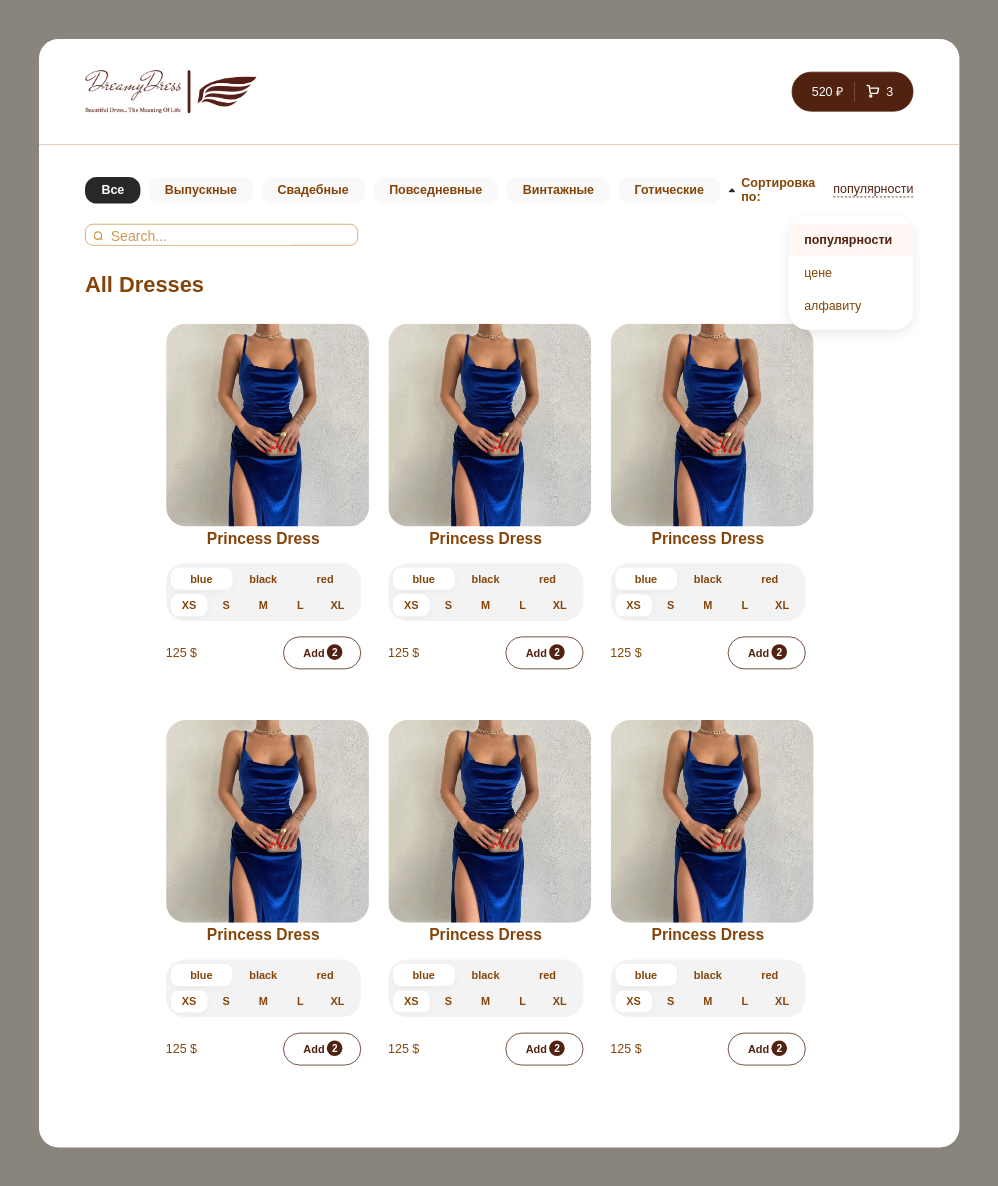
Repository: DisasterWoman/SPA-shop
Page: /
An editor plug-in stored every save of this project. The page is shown before and after a run of saves, followed by the edit.
The browser window is 1280 px wide. The pictures show the whole page, at 78% of full size.
Some web fonts or font styles are not loaded; a fallback is used. The project was rebuilt for these pictures with package versions that can differ from the ones it lists, and the page was loaded fresh each time.

Above is the page before, as saved 2022-11-29 18:49:29.

### src/App.js
import './scss/app.scss';
import Categories from './components/Categories/Categories';
import DressBlock from './components/DressBlock/DressBlock';
import Header from './components/Header/Header';
import Sort from './components/Sort/Sort';
import SearchBar from './components/SearchBar/SearchBar';

function App() {
  return (
    <div className="wrapper">
      <Header />
      <div className="content">
        <div className="container">
          <div className="content__top">
            <Categories />
            <Sort />
          </div>
          <SearchBar />
          <h2 className="content__title">All Dresses</h2>
          <div className="content__items">
            <DressBlock />
            <DressBlock />
            <DressBlock />
            <DressBlock />
            <DressBlock />
            <DressBlock />
          </div>
        </div>
      </div>
    </div>
  );
}

export default App;

### src/scss/app.scss
@import 'variables.scss';
@import './libs/normalize.scss';
@import './all';

body {
  background-color: $background;
}

.wrapper {
  width: calc(100vw - 100px);
  height: 100%;
  background-color: #fff;
  margin: 50px auto;
  border-radius: 25px;
  max-width: 1400px;
}

.content {
  padding: 40px 0;

  &__title {
    margin: 35px 0;
  }

  &__items {
    display: flex;
    flex-wrap: wrap;
    justify-content: center;
  }

  &__top {
    display: flex;
    align-items: center;
    justify-content: space-between;
  }
}

.container {
  width: $container-width;
  margin: 0 auto;

  &--cart {
    max-width: 820px;
    margin: 90px auto;
    .content__title {
      margin: 0;
    }
  }
}

.cart {
  &__top {
    display: flex;
    justify-content: space-between;
    align-items: center;
  }

  .content__title {
    display: flex;
    align-items: center;
    font-size: 32px;

    svg {
      position: relative;
      top: -2px;
      width: 30px;
      height: 30px;
      margin-right: 10px;
      path {
        stroke: $black;
        strokewidth: 1.9;
      }
    }
  }

  &__clear {
    display: flex;
    align-items: center;
    cursor: pointer;
    @include noselect();

    span {
      display: inline-block;
      margin-left: 7px;
      color: #b6b6b6;
      font-size: 18px;
    }

    span,
    svg,
    path {
      transition: all $duration ease-in-out;
    }

    &:hover {
      svg {
        path {
          stroke: darken($color: #b6b6b6, $amount: 50);
        }
      }
      span {
        color: darken($color: #b6b6b6, $amount: 50);
      }
    }
  }

  &__item {
    display: flex;
    width: 100%;
    border-top: 1px solid $gray-line;
    padding-top: 30px;
    margin-top: 30px;

    &-img {
      display: flex;
      align-items: center;
      margin-right: 15px;
      width: 10%;

      img {
        width: 80px;
        height: 80px;
      }
    }

    &-info {
      display: flex;
      flex-direction: column;
      justify-content: center;
      width: 40%;

      h3 {
        font-weight: bold;
        font-size: 22px;
        line-height: 27px;
        letter-spacing: 0.01em;
      }

      p {
        font-size: 18px;
        color: #8d8d8d;
      }
    }

    &-count {
      display: flex;
      align-items: center;
      justify-content: space-between;
      width: 13%;

      &-minus {
        svg {
          path:first-of-type {
            display: none;
          }
        }
      }

      b {
        font-size: 22px;
      }
    }

    &-price {
      display: flex;
      align-items: center;
      justify-content: center;
      width: 33%;

      b {
        font-weight: bold;
        font-size: 22px;
        letter-spacing: 0.01em;
      }
    }

    &-remove {
      display: flex;
      align-items: center;
      justify-content: flex-end;
      width: 4%;

      .button {
        border-color: darken($color: $gray-line, $amount: 10);
      }

      svg {
        transform: rotate(45deg);

        path {
          fill: darken($color: $gray-line, $amount: 15);
        }
      }

      .button {
        svg {
          width: 11.5px;
          height: 11.5px;
          position: relative;
        }
        &:hover,
        &:active {
          border-color: darken($color: $gray-line, $amount: 80);
          background-color: darken($color: $gray-line, $amount: 80);
        }
      }
    }
  }

  &__bottom {
    margin: 50px 0;

    &-details {
      display: flex;
      justify-content: space-between;

      span {
        font-size: 22px;

        &:last-of-type {
          b {
            color: $brown;
          }
        }
      }
    }

    &-buttons {
      display: flex;
      justify-content: space-between;
      margin-top: 40px;

      .go-back-btn {
        display: flex;
        align-items: center;
        justify-content: center;
        width: 210px;

        border-color: darken($color: $gray-line, $amount: 10);

        span {
          color: darken($color: $gray-line, $amount: 20);
          font-weight: 500;
          font-weight: 600;
        }

        &:hover {
          background-color: darken($color: $gray-line, $amount: 90);
          border-color: darken($color: $gray-line, $amount: 90);

          span {
            color: $gray-line;
          }
        }

        svg {
          margin-right: 12px;
          path {
            fill: transparent;
            strokewidth: 2;
          }
        }
      }

      .pay-btn {
        font-size: 16px;
        font-weight: 600;
        width: 210px;
        padding: 16px;
      }
    }
  }

  &--empty {
    margin: 0 auto;
    width: 560px;
    text-align: center;

    h2 {
      font-size: 32px;
      margin-bottom: 10px;
    }

    p {
      font-size: 18px;
      line-height: 145.4%;
      letter-spacing: 0.01em;
      color: #777777;
    }

    icon {
      position: relative;
      top: 2px;
    }

    img {
      display: block;
      width: 300px;
      margin: 45px auto 60px;
    }

    .button--black {
      padding: 12px 0 14px;
      width: 230px;
      margin: 0 auto;
      font-weight: 600;
      font-size: 18px;
    }
  }
}

### src/components/Categories/Categories.jsx
import React from 'react';

function Categories() {
  return (
    <div className="categories">
      <ul>
        <li className="active">Все</li>
        <li>Выпускные</li>
        <li>Свадебные</li>
        <li>Повседневные</li>
        <li>Винтажные</li>
        <li>Готические</li>
      </ul>
    </div>
  );
}

export default Categories;

### src/components/DressBlock/DressBlock.jsx
import React from 'react';
import { Button } from '../Button/Button';
import './_dress-block.scss';

function DressBlock() {
  return (
    <div className="dress-block">
      <img className="dress-block__image" src="/images/dresses/dress0-blue.webp" alt="Dress" />
      <h4 className="dress-block__title">Princess Dress</h4>
      <div className="dress-block__selector">
        <ul>
          <li className="active">blue</li>
          <li>black</li>
          <li>red</li>
        </ul>
        <ul>
          <li className="active">XS</li>
          <li>S</li>
          <li>M</li>
          <li>L</li>
          <li>XL</li>
        </ul>
      </div>
      <div className="dress-block__bottom">
        <div className="dress-blockk__price">125 $</div>
        <Button/>
      </div>
    </div>
  );
}

export default DressBlock;

### src/components/Header/Header.jsx
import React from 'react';
import './_header.scss';
function Header() {
  return (
    <div className="header">
      <div className="container">
        <div className="header__logo">
          <img width="220" src="/dreamy-dress.png" alt="logo" />
          <div></div>
        </div>
        <div className="header__cart">
          <a href="/cart.html" className="button button--cart">
            <span>520 ₽</span>
            <div className="button__delimiter"></div>
            <svg
              width="18"
              height="18"
              viewBox="0 0 18 18"
              fill="none"
              xmlns="http://www.w3.org/2000/svg"
            >
              <path
                d="M6.33333 16.3333C7.06971 16.3333 7.66667 15.7364 7.66667 15C7.66667 14.2636 7.06971 13.6667 6.33333 13.6667C5.59695 13.6667 5 14.2636 5 15C5 15.7364 5.59695 16.3333 6.33333 16.3333Z"
                stroke="white"
                strokeWidth="1.8"
                strokeLinecap="round"
                strokeLinejoin="round"
              />
              <path stroke="white" strokeWidth="1.8" strokeLinecap="round" strokeLinejoin="round" />
              <path
                d="M4.78002 4.99999H16.3334L15.2134 10.5933C15.1524 10.9003 14.9854 11.176 14.7417 11.3722C14.4979 11.5684 14.1929 11.6727 13.88 11.6667H6.83335C6.50781 11.6694 6.1925 11.553 5.94689 11.3393C5.70128 11.1256 5.54233 10.8295 5.50002 10.5067L4.48669 2.82666C4.44466 2.50615 4.28764 2.21182 4.04482 1.99844C3.80201 1.78505 3.48994 1.66715 3.16669 1.66666H1.66669"
                stroke="white"
                strokeWidth="1.8"
                strokeLinecap="round"
                strokeLinejoin="round"
              />
            </svg>
            <span>3</span>
          </a>
        </div>
      </div>
    </div>
  );
}

export default Header;

### src/components/Sort/Sort.jsx
import React from 'react';
import './_sort.scss';

function Sort() {
  return (
    <div className="sort">
      <div className="sort__label">
        <svg
          width="10"
          height="6"
          viewBox="0 0 10 6"
          fill="none"
          xmlns="http://www.w3.org/2000/svg"
        >
          <path
            d="M10 5C10 5.16927 9.93815 5.31576 9.81445 5.43945C9.69075 5.56315 9.54427 5.625 9.375 5.625H0.625C0.455729 5.625 0.309245 5.56315 0.185547 5.43945C0.061849 5.31576 0 5.16927 0 5C0 4.83073 0.061849 4.68424 0.185547 4.56055L4.56055 0.185547C4.68424 0.061849 4.83073 0 5 0C5.16927 0 5.31576 0.061849 5.43945 0.185547L9.81445 4.56055C9.93815 4.68424 10 4.83073 10 5Z"
            fill="#2C2C2C"
          />
        </svg>
        <b>Сортировка по:</b>
        <span>популярности</span>
      </div>
      <div className="sort__popup">
        <ul>
          <li className="active">популярности</li>
          <li>цене</li>
          <li>алфавиту</li>
        </ul>
      </div>
    </div>
  );
}

export default Sort;

### src/components/SearchBar/SearchBar.jsx
import React, {useState}  from 'react'
import './_searchBar.scss';
function SearchBar() {
  return (
    <div className="search-bar">
      <img
        className="search-bar__icon"
        alt="search"
        src="images/icons/search.svg"
        width={12}
        height={13}
      ></img>
      <input
        placeholder="Search..."
      ></input>
    </div>
  );
}

export default SearchBar

### src/scss/_variables.scss
$black: #85450a;
$background: #89857c;
$gray-line: #d5bda1;
$brown: #50220f;

$container-width: 90%;

$duration: 0.15s;

### src/scss/libs/_normalize.scss
@import url('https://fonts.googleapis.com/css2?family=Anek+Devanagari&display=swap');

*{
  padding: 0;
  margin: 0;
  list-style: none;
  outline: none;
  font-family: 'Anek Devanagari', sans-serif;
  box-sizing: border-box;
}

html {
  -ms-text-size-adjust: 100%;
  -webkit-text-size-adjust: 100%;
}

body {
  -moz-osx-font-smoothing: grayscale;
  -webkit-font-smoothing: antialiased;
  color: $black;
}

a,
span,
p,
b,
h1,
h2,
h3,
h4,
h5 {
  color: $black;
}

h1 {
  font-size: 48px;
}

h2 {
  font-weight: 600;
  font-size: 28px;
  line-height: 30px;
}

a {
  text-decoration: none;
}

@mixin noselect {
  -webkit-touch-callout: none; /* iOS Safari */
  -webkit-user-select: none; /* Safari */
  -khtml-user-select: none; /* Konqueror HTML */
  -moz-user-select: none; /* Old versions of Firefox */
  -ms-user-select: none; /* Internet Explorer/Edge */
  user-select: none; /* Non-prefixed version, currently
                                  supported by Chrome, Opera and Firefox */
}

### src/scss/_all.scss
@import '../components/Header/Header';
@import '../components/Button/button';
@import '../components/Categories/Categories';
@import '../components/Sort/Sort';
@import '../components/DressBlock/dress-block';

### src/components/Header/_header.scss
@import '../../../src/scss/variables';

.header {
  border-bottom: 1px solid $gray-line;
  padding: 40px 0;

  .container {
    display: flex;
    align-items: center;
    justify-content: space-between;
  }

  &__logo {
    display: flex;

    img {
      margin-right: 15px;
    }

    h1 {
      color: #181818;
      font-size: 24px;
      letter-spacing: 1%;
      text-transform: uppercase;
      font-weight: 800;
    }

    p {
      color: #7b7b7b;
    }
  }
}

### src/components/Button/_button.scss
@import '../../../src/scss/variables';

.button {
  display: inline-block;
  background-color: $brown;
  border-radius: 25px;
  padding: 10px 20px;
  min-width: 100px;
  text-align: center;
  cursor: pointer;
  transition: background-color $duration ease-in-out, border-color $duration ease-in-out;
  border: 1px solid transparent;

  &,
  span {
    color: #fff;
  }

  i,
  span,
  path,
  svg {
    transition: all $duration ease-in-out;
  }

  &:hover {
    background-color: darken($brown, 8%);
  }

  &:active {
    background-color: darken($brown, 12%);
    transform: translateY(1px);
  }

  &--circle {
    display: flex;
    align-items: center;
    justify-content: center;
    width: 30px;
    height: 30px;
    min-width: 30px;
    padding: 0;
    border-width: 2px;
  }

  &--black {
    background-color: $black;

    &:hover,
    &:active {
      background-color: lighten($color: $black, $amount: 10);
    }
  }

  &--outline {
    background-color: #fff;
    border-color: $brown;
    &,
    span {
      color: $brown;
    }

    svg {
      path {
        fill: $brown;
      }
    }

    &:hover {
      background-color: $brown;

      &,
      span {
        color: #fff;
      }

      svg {
        path {
          fill: #fff;
        }
      }
    }

    &:active {
      background-color: darken($brown, 8%);
    }
  }

  &__delimiter {
    width: 1px;
    height: 25px;
    background-color: rgba(255, 255, 255, 0.25);
    margin-left: 14px;
    margin-right: 14px;
  }

  &--add {
    svg {
      margin-right: 2px;
    }

    span {
      font-weight: 600;
      font-size: 14px;
    }

    &:hover {
      i {
        background-color: #fff;
        color: $brown;
      }
    }

    i {
      display: inline-block;
      border-radius: 30px;
      background-color: $brown;
      color: #fff;
      font-weight: 600;
      width: 20px;
      height: 20px;
      font-style: normal;
      font-size: 13px;
      line-height: 22px;
      position: relative;
      top: -1px;
      left: 3px;
    }
  }

  &--cart {
    display: flex;
    align-items: center;
    line-height: 23px;
    padding: 12px 25px;
    border-color: $brown;

    svg {
      margin-right: 8px;
      margin-bottom: 1px;
    }

    span {
      font-weight: 500;
      font-size: 16px;
    }
  }
}

### src/components/Categories/_categories.scss
@import '../../../src/scss/variables';

.categories {
  ul {
    display: flex;

    li {
      background-color: #f9f9f9;
      padding: 8px 21px;
      border-radius: 15px;
      margin-right: 10px;
      font-weight: bold;
      cursor: pointer;
      transition: background-color 0.1s ease-in-out;
      @include noselect();

      &:hover {
        background-color: darken(#f9f9f9, 2%);
      }

      &:active {
        background-color: darken(#f9f9f9, 5%);
      }

      &.active {
        background-color: #282828;
        color: #fff;
      }
    }
  }
}

### src/components/Sort/_sort.scss
@import '../../../src/scss/variables';

.sort {
  position: relative;
  &__label {
    display: flex;
    align-items: center;

    svg {
      margin-right: 8px;
    }

    b {
      margin-right: 8px;
    }

    span {
      color: $brown;
      border-bottom: 1px dashed $brown;
      cursor: pointer;
    }
  }

  &__popup {
    position: absolute;
    right: 0;
    margin-top: 15px;
    background: #ffffff;
    box-shadow: 0px 5px 15px rgba(0, 0, 0, 0.09);
    border-radius: 25px;
    overflow: hidden;
    padding: 10px 0;
    width: 160px;

    ul {
      overflow: hidden;
      li {
        padding: 12px 20px;
        cursor: pointer;

        &.active,
        &:hover {
          background: rgba(254, 95, 30, 0.05);
        }

        &.active {
          font-weight: bold;
          color: $brown;
        }
      }
    }
  }
}

### src/components/DressBlock/_dress-block.scss
@import '../../../src/scss/variables';

.dress-block {
  width: 250px;
  text-align: center;
  margin-bottom: 65px;
  margin-right: 35px;
  // &:not(:nth-of-type(4n)) {
  //   margin-right: 35px;
  // }

  &__image {
    border-radius: 25px;
    width: 260px;
  }

  &__title {
    font-size: 20px;
    font-weight: 900;
    letter-spacing: 1%;
    margin-bottom: 20px;
  }

  &__selector {
    display: flex;
    background-color: #f3f3f3;
    border-radius: 25px;
    flex-direction: column;
    padding: 6px;

    ul {
      display: flex;
      flex: 1;

      &:first-of-type {
        margin-bottom: 6px;
      }

      li {
        padding: 6px;
        flex: 1;
        cursor: pointer;
        font-weight: 600;
        font-size: 14px;
        &.active {
          background: #ffffff;
          box-shadow: 0px 2px 11px rgba(0, 0, 0, 0.04);
          border-radius: 10px;
          cursor: auto;
        }
      }
    }
  }

  &__bottom {
    display: flex;
    align-items: center;
    justify-content: space-between;
    margin-top: 20px;
  }

  &__price {
    font-weight: bold;
    font-size: 22px;
    line-height: 27px;
    letter-spacing: 0.015em;
  }
}

### src/components/Button/Button.jsx
export const Button = () => {
    return (
      <div className="button button--outline button--add">
      <img src=""></img>
        <span>Add</span>
        <i>2</i>
      </div>
    );
}

### src/components/SearchBar/_searchBar.scss
@import '../../../src/scss/variables';

.search-bar{
   width: 350px;
  margin-top: 25px;
  border: 1px solid #CA9B55;
  border-radius: 10px;
  padding: 0 10px;
  position: relative;
  &__icon{
    margin-right: 10px;
    margin-top: 8px;
  }
  input{
    font-size: 18px;
    outline-offset: 0;
    outline: none;
    border: none;
    color: #7e4e05;
  }
     ::placeholder {
      color: #CA9B55;
      opacity: 1;
    }

}

Loaded but not shown: public/index.html (common file); src/index.js (common file)

After the next 2 saves:
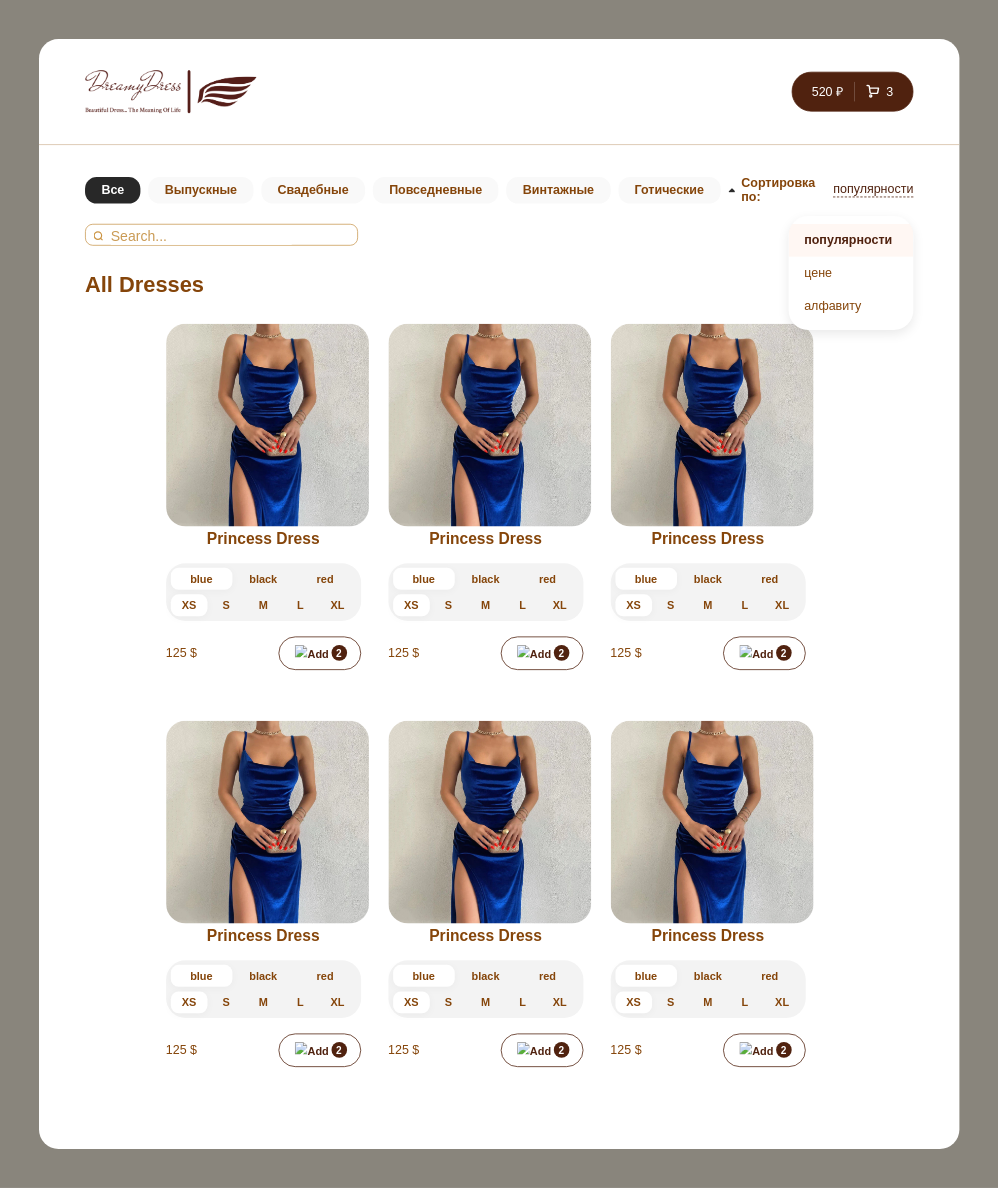
The 2 saves are shown as one change because they came seconds apart.
The last was saved 6 s later.
--- a/src/components/Button/Button.jsx
+++ b/src/components/Button/Button.jsx
@@ -1,7 +1,7 @@
 export const Button = () => {
     return (
       <div className="button button--outline button--add">
-      <img src=""></img>
+      <img src="../../"></img>
         <span>Add</span>
         <i>2</i>
       </div>
